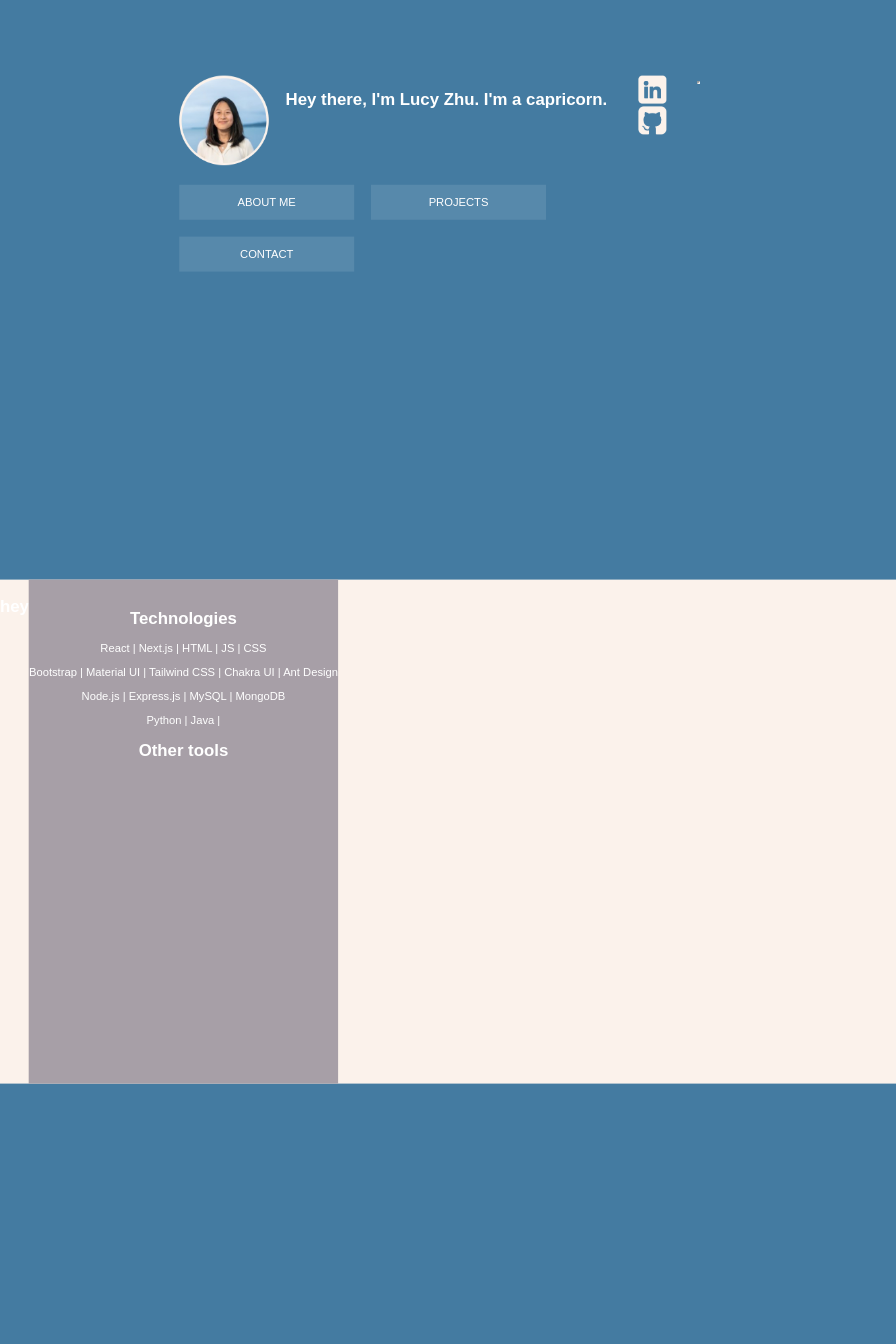
Repository: lukisoo/lukisoo-portfolio
Page: /
The author's editor kept a copy of each file at every save. The page is drawn from the files as they stood at one save, then again after the next save.
The browser window is 1280 px wide. The pictures show the part of the page from y = 0 to 1920 px (the page is 2988 px tall), at 70% of full size.
The project was rebuilt for these pictures with package versions that can differ from the ones it lists, and the page was loaded fresh each time.

Above is the page before, as saved 2022-07-31 06:55:41.

### public/index.html
<!DOCTYPE html>
<html lang="en">
  <head>
    <meta charset="utf-8" />
    <link rel="icon" href="%PUBLIC_URL%/favicon.ico" />
    <meta name="viewport" content="width=device-width, initial-scale=1" />
    <meta name="theme-color" content="#000000" />
    <meta
      name="description"
      content="Web site created using create-react-app"
    />
    <link rel="apple-touch-icon" href="%PUBLIC_URL%/logo192.png" />
    <!--
      manifest.json provides metadata used when your web app is installed on a
      user's mobile device or desktop. See https://developers.google.com/web/fundamentals/web-app-manifest/
    -->
    <link rel="manifest" href="%PUBLIC_URL%/manifest.json" />
    <!--
      Notice the use of %PUBLIC_URL% in the tags above.
      It will be replaced with the URL of the `public` folder during the build.
      Only files inside the `public` folder can be referenced from the HTML.

      Unlike "/favicon.ico" or "favicon.ico", "%PUBLIC_URL%/favicon.ico" will
      work correctly both with client-side routing and a non-root public URL.
      Learn how to configure a non-root public URL by running `npm run build`.
    -->
    <title>Lucy Zhu's Portfolio</title>
  </head>
  <body>
    <noscript>You need to enable JavaScript to run this app.</noscript>
    <div id="root"></div>
    <!--
      This HTML file is a template.
      If you open it directly in the browser, you will see an empty page.

      You can add webfonts, meta tags, or analytics to this file.
      The build step will place the bundled scripts into the <body> tag.

      To begin the development, run `npm start` or `yarn start`.
      To create a production bundle, use `npm run build` or `yarn build`.
    -->
  </body>
</html>

### src/index.js
import React from "react";
import {
  BrowserRouter as Router,
  Route,
  BrowserRouter,
} from "react-router-dom";
import ReactDOM from "react-dom/client";
import "./index.css";
import App from "./App";
import reportWebVitals from "./reportWebVitals";

const root = ReactDOM.createRoot(document.getElementById("root"));
root.render(
  <React.StrictMode>
    <BrowserRouter>
        <App />
    </BrowserRouter>
  </React.StrictMode>
);

// If you want to start measuring performance in your app, pass a function
// to log results (for example: reportWebVitals(console.log))
// or send to an analytics endpoint. Learn more: https://bit.ly/CRA-vitals
reportWebVitals();

### src/index.css
@import url('https://fonts.googleapis.com/css2?family=Source+Sans+Pro:ital,wght@0,200;0,300;0,400;0,600;0,700;0,900;1,200;1,300;1,400;1,600;1,700;1,900&display=swap');

body {
  margin: 0;
  /* font-family: -apple-system, BlinkMacSystemFont, 'Segoe UI', 'Roboto', 'Oxygen',
    'Ubuntu', 'Cantarell', 'Fira Sans', 'Droid Sans', 'Helvetica Neue',
    sans-serif; */
    font-family: arial;
  -webkit-font-smoothing: antialiased;
  -moz-osx-font-smoothing: grayscale;
  background-color: #447BA1;
  color: white;
  /* font-family: 'Source Sans Pro', sans-serif; */
  overflow-x: hidden;
}

code {
  font-family: source-code-pro, Menlo, Monaco, Consolas, 'Courier New',
    monospace;
}

a {
  text-decoration: none;
}

### src/App.js
import "./App.css";

import { Link } from "react-router-dom";
import Grid from "@mui/material/Grid";

import ProfilePhoto from "./images/header/profile-photo.png";
import LinkedinLogo from "./images/header/linkedin-logo.png";
import GithubLogo from "./images/header/github-logo.png";

function App() {
  return (
    <div className="App">
      <header className="full-section">
        <div className="header-content">
          <Grid container spacing={3}>
            <Grid item xs={12} md={12}>
              <img
                src={ProfilePhoto}
                className="profile-photo"
                alt="Profile Photo"
              />
            </Grid>
            <Grid item xs={12} md={12}>
              <h2>Hey there, I'm Lucy Zhu. I'm a capricorn.</h2>
            </Grid>
            <Grid item xs={12} md={12}>
              <a href="https://www.linkedin.com/in/lucyzhu613/">
                {" "}
                <img
                  src={LinkedinLogo}
                  className="social-logo"
                  alt="Linkedin Logo"
                />
              </a>
              <a href="https://github.com/lukisoo">
                <img
                  src={GithubLogo}
                  className="social-logo"
                  alt="Github Logo"
                />
              </a>
            </Grid>
            <Grid item xs={12} md={12}>
              <hr className="header-divider" />
            </Grid>
            <Grid item xs={12} md={4}>
              <a href="#about-me-section">
                <div className="box-1">
                  <div className="btn btn-one">
                    <span>ABOUT ME</span>
                  </div>
                </div>
              </a>
            </Grid>
            <Grid item xs={12} md={4}>
              <a href="#projects-section">
                <div className="box-1">
                  <div className="btn btn-one">
                    <span>PROJECTS</span>
                  </div>
                </div>
              </a>
            </Grid>
            <Grid item xs={12} md={4}>
              <a href="#contact-section">
                <div className="box-1">
                  <div className="btn btn-one">
                    <span>CONTACT</span>
                  </div>
                </div>
              </a>
            </Grid>
          </Grid>
        </div>
      </header>

      <section id="about-me-section" className="full-section">
        <div className="about-me-content">
          <Grid container spacing={0}>
            <Grid item xs={12} md={4}>
              <div className="about-me-left">
                <div className="details-content"></div>
                <h1>hey</h1>
              </div>
            </Grid>
            <Grid item xs={12} md={8}>
              <div className="about-me-right">
                <div className="skills-content">
                  <h2>Technologies</h2>
                  <p>React | Next.js | HTML | JS | CSS</p>
                  <p>Bootstrap | Material UI | Tailwind CSS | Chakra UI | Ant Design</p>
                  <p>Node.js | Express.js | MySQL | MongoDB</p>
                  <p>Python | Java | </p>
                  <h2>Other tools</h2>
                </div>

                {/* <Grid container spacing={2}>
                  <Grid item xs={6} md={8}>
                    <p>hey</p>
                  </Grid>
                  <Grid item xs={6} md={4}>
                    <p>hey</p>
                  </Grid>
                </Grid> */}
              </div>
            </Grid>
          </Grid>
        </div>
      </section>

      <section id="projects-section" className="full-section">
        <div>
          <Grid container spacing={2}>
            <Grid item xs={6} md={8}></Grid>
            <Grid item xs={6} md={4}></Grid>
            <Grid item xs={6} md={4}></Grid>
            <Grid item xs={6} md={8}></Grid>
          </Grid>
        </div>
      </section>

      <section id="contact-section" className="full-section">
        <div>
          {" "}
          <Grid container spacing={2}>
            <Grid item xs={6} md={8}></Grid>
            <Grid item xs={6} md={4}></Grid>
            <Grid item xs={6} md={4}></Grid>
            <Grid item xs={6} md={8}></Grid>
          </Grid>
        </div>
      </section>
    </div>
  );
}

export default App;

### src/App.css
.App {
  text-align: center;
  margin: 0;
}

/* Section Content */
.full-section {
  height: 100vh;
  width: 100vw;
}

/* Buttons */
.box-1 {
  /* background-color: hsl(0, 100%, 70%);  */
  width: 250px;
  margin: auto;
}

.btn {
	line-height: 50px;
	height: 50px;
	text-align: center;
	width: 250px;
	cursor: pointer;
}

.btn-one {
	color: #FFF;
	transition: all 0.3s;
	position: relative;
}
.btn-one span {
	transition: all 0.3s;
}
.btn-one::before {
	content: '';
	position: absolute;
	bottom: 0;
	left: 0;
	width: 100%;
	height: 100%;
	z-index: 1;
	opacity: 0;
	transition: all 0.3s;
	border-top-width: 1px;
	border-bottom-width: 1px;
	border-top-style: solid;
	border-bottom-style: solid;
	border-top-color: rgba(255,255,255,0.5);
	border-bottom-color: rgba(255,255,255,0.5);
	transform: scale(0.1, 1);
}
.btn-one:hover span {
	letter-spacing: 2px;
}
.btn-one:hover::before {
	opacity: 1;
	transform: scale(1, 1);
}
.btn-one::after {
	content: '';
	position: absolute;
	bottom: 0;
	left: 0;
	width: 100%;
	height: 100%;
	z-index: 1;
	transition: all 0.3s;
	background-color: rgba(255,255,255,0.1);
}
.btn-one:hover::after {
	opacity: 0;
	transform: scale(0.1, 1);
}

/* Header CSS */
.header-content {
  width: 60vw;
  height: 70vh;
  margin: 0 auto 0 auto;
  margin-top: 15vh;
  /* background-color: red; */
}

.header-divider {
  color: white;
  border-width: 2px;
}

.profile-photo {
  width: 10vw;
  height: auto;
}

.social-logo {
  width: 40px;
  height: auto;
  padding: 0 1% 0 1%;
}

.social-logo:hover {
  opacity: 0.8;
  cursor: pointer;
}

/* About Me CSS */
#about-me-section {
  background-color: #FBF2EB;
}

.about-me-content {
  height: 100vh;
  width: 100vw;
}

.about-me-left {

}

.details-content {
  padding: 5%;
}

.about-me-right {
  background-color: #A79FA7;
  height: 100vh;

}

.skills-content {
  padding: 5% 0 5% 0;
}

/* Projects CSS */

/* Contact CSS */

#contact-section {
  background-color: #FBF2EB;
}

Loaded but not shown: src/reportWebVitals.js (common file)

After the next save:
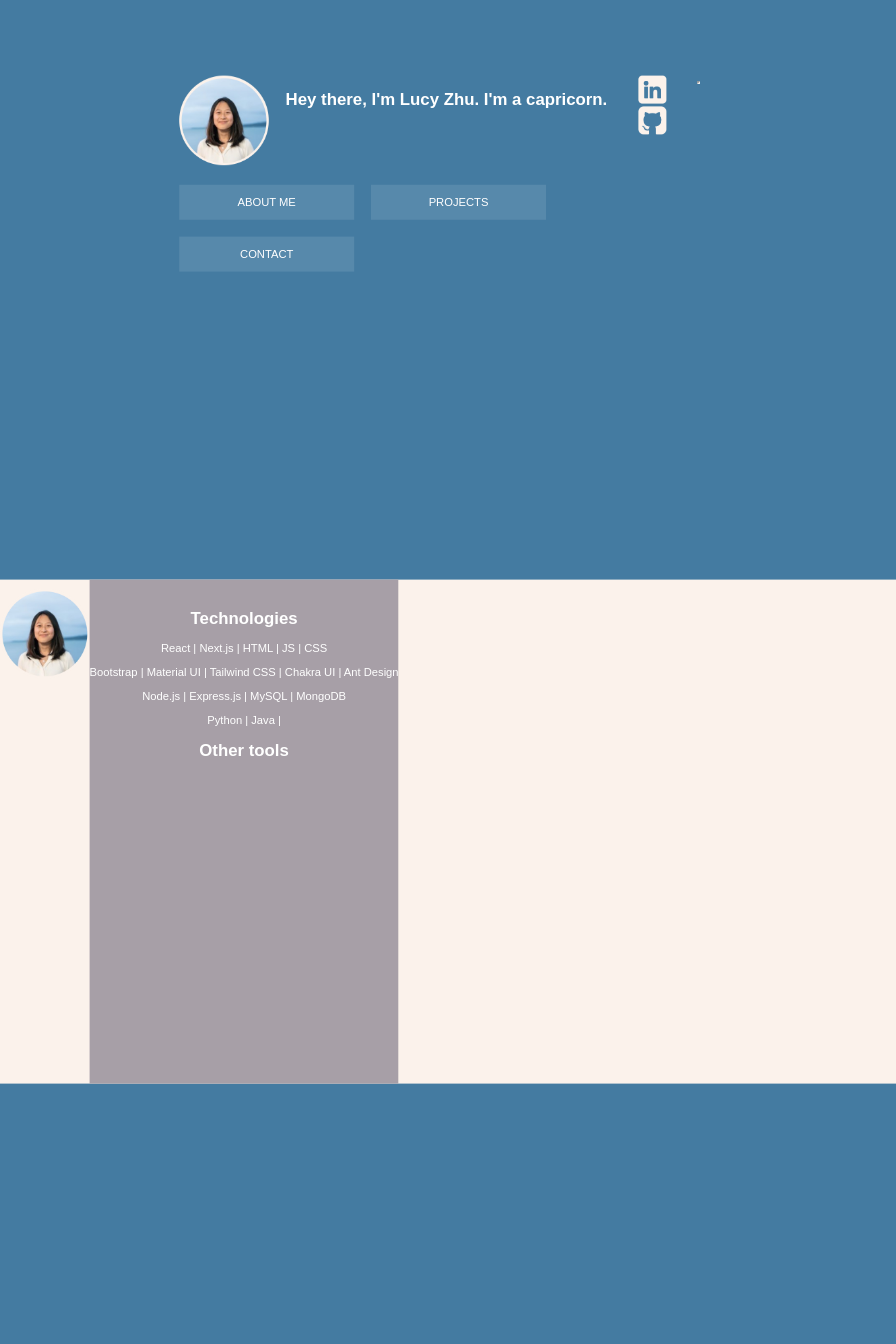
Saved 63 s later.
--- a/src/App.js
+++ b/src/App.js
@@ -80,7 +80,11 @@ function App() {
             <Grid item xs={12} md={4}>
               <div className="about-me-left">
                 <div className="details-content"></div>
-                <h1>hey</h1>
+                <img
+                src={ProfilePhoto}
+                className="profile-photo"
+                alt="Profile Photo"
+              />
               </div>
             </Grid>
             <Grid item xs={12} md={8}>
